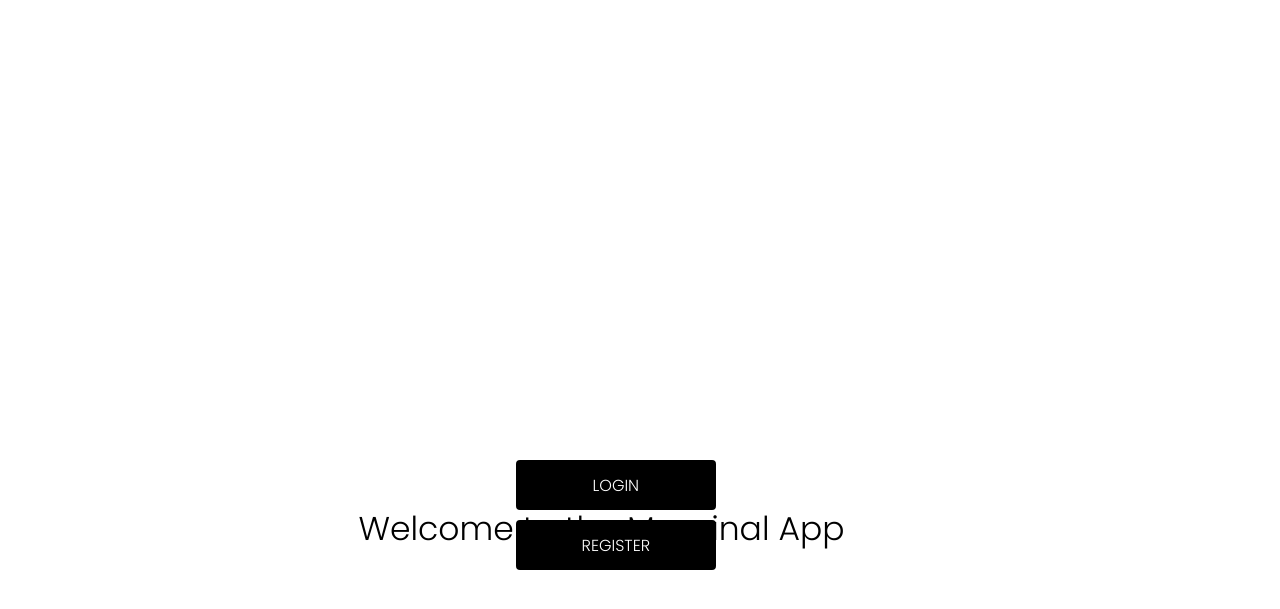
Repository: vu9ar/vu9ar.github.io
Page: WelcomePage/welcome.html
The author's editor kept a copy of each file at every save. The page is drawn from the files as they stood at one save, then again after the next save.
The browser window is 1280 px wide. The pictures show the whole page.

Above is the page before, as saved 2022-03-27 19:37:12.

After the next save:
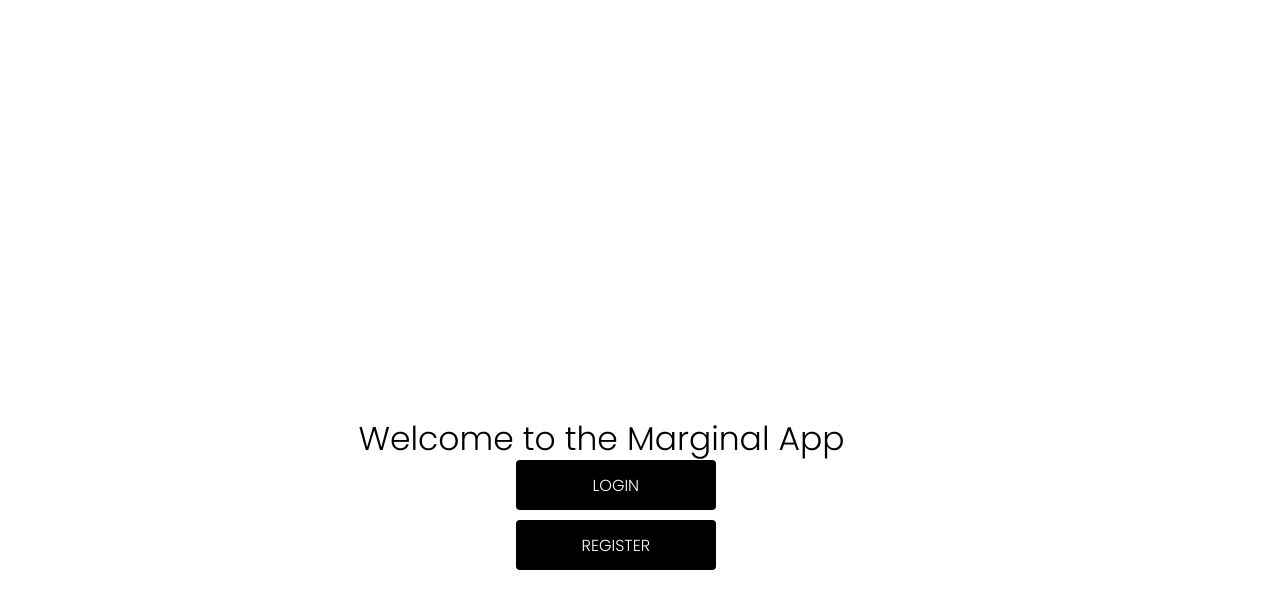
Saved 6 s later.
--- a/WelcomePage/style.css
+++ b/WelcomePage/style.css
@@ -92,7 +92,7 @@
 
 .headerWelcome {
     position: fixed;
-    margin-top: 30%;
+    margin-top: 23%;
     margin-left: 28%;
     width: 100%;
     height: 60px;
